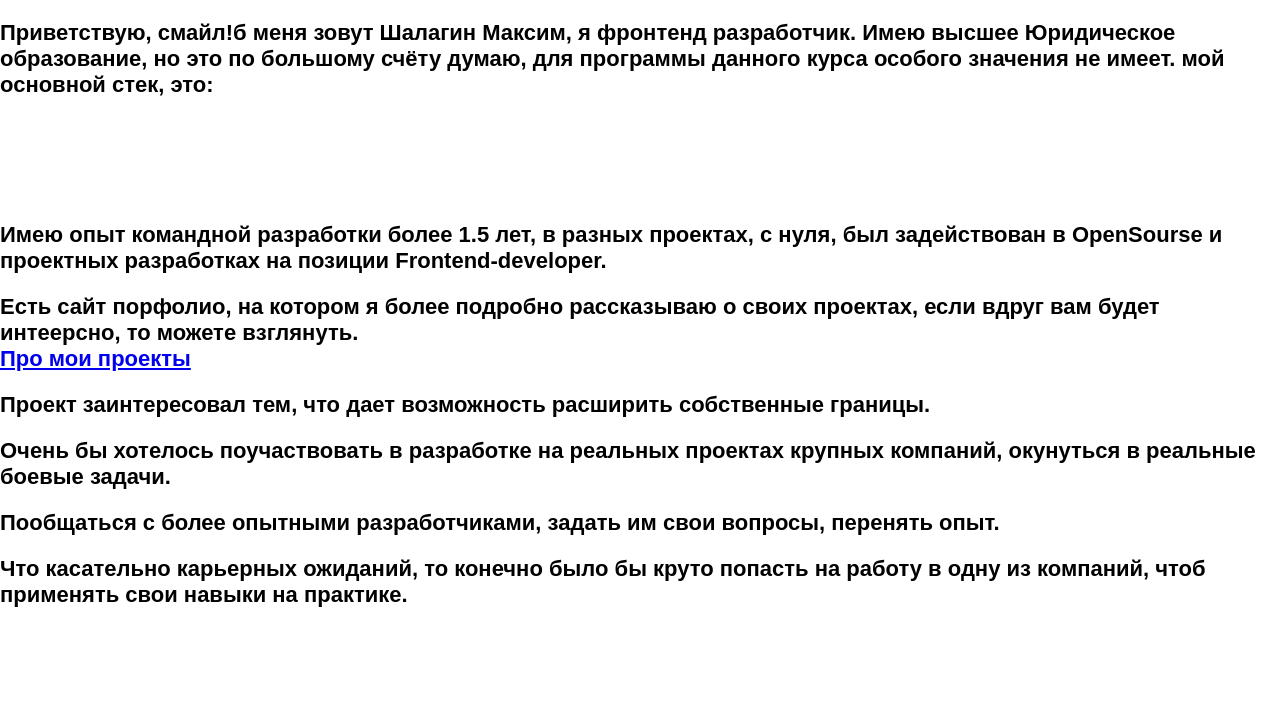
Repository: ni4egonepridumal/letter
Page: index.html
The author's editor kept a copy of each file at every save. The page is drawn from the files as they stood at one save, then again after the next save.
The browser window is 1280 px wide. The pictures show the whole page.

Above is the page before, as saved 2024-01-18 17:22:44.

### index.html
<!DOCTYPE html>
<html lang="en">
  <head>
    <meta charset="UTF-8" />
    <meta name="viewport" content="width=device-width, initial-scale=1.0" />
    <link rel="stylesheet" href="style.css" />
    <title>Document</title>
  </head>
  <body>
    <div class="container">
      <p>
        Приветствую, смайл!б меня зовут Шалагин Максим, я фронтенд разработчик.
        Имею высшее Юридическое образование, но это по большому счёту думаю, для
        программы данного курса особого значения не имеет. мой основной стек,
        это:
      </p>
      <ul>
        <li></li>
        <li></li>
        <li></li>
        <li></li>
      </ul>
      <p>
        Имею опыт командной разработки более 1.5 лет, в разных проектах, с нуля,
        был задействован в OpenSourse и проектных разработках на позиции
        Frontend-developer.
      </p>
      <p>
        Есть сайт порфолио, на котором я более подробно рассказываю о своих
        проектах, если вдруг вам будет интеерсно, то можете взглянуть.
      </p>
      <a href="https://portfolio-three-taupe-20.vercel.app/">Про мои проекты</a>
      <p>
        Проект заинтересовал тем, что дает возможность расширить собственные
        границы.
      </p>
      <p>
        Очень бы хотелось поучаствовать в разработке на реальных проектах
        крупных компаний, окунуться в реальные боевые задачи.
      </p>
      <p>
        Пообщаться с более опытными разработчиками, задать им свои вопросы,
        перенять опыт.
      </p>
      <p>
        Что касательно карьерных ожиданий, то конечно было бы круто попасть на
        работу в одну из компаний, чтоб применять свои навыки на практике.
      </p>
    </div>
  </body>
</html>

### style.css
* {
  margin: 0;
  padding: 0;
  box-sizing: border-box;
}

body {
  font-size: 22px;
  font-weight: 700;
  font-family: "Oswald", sans-serif;
}
p {
  margin-top: 20px;
}
.container {
  max-width: 1600px;
  margin: 0 auto;
}

After the next save:
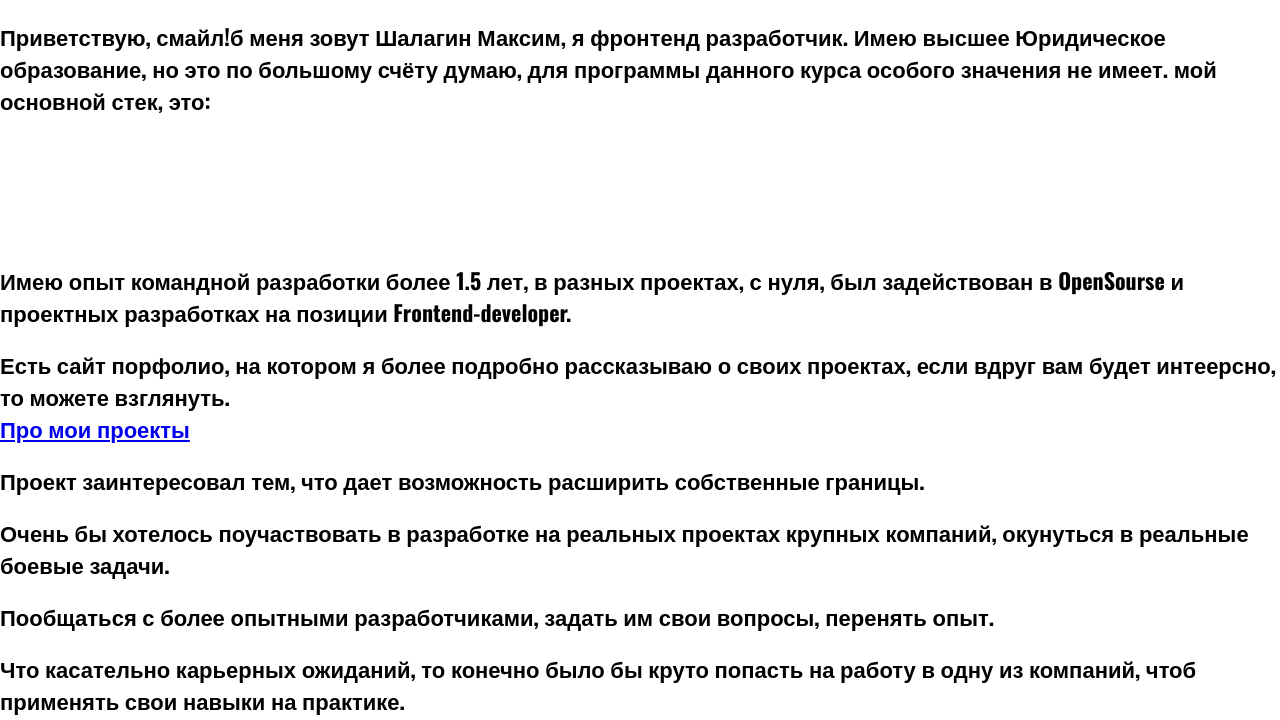
Saved 6 s later.
--- a/index.html
+++ b/index.html
@@ -4,6 +4,12 @@
     <meta charset="UTF-8" />
     <meta name="viewport" content="width=device-width, initial-scale=1.0" />
     <link rel="stylesheet" href="style.css" />
+    <link rel="preconnect" href="https://fonts.googleapis.com" />
+    <link rel="preconnect" href="https://fonts.gstatic.com" crossorigin />
+    <link
+      href="https://fonts.googleapis.com/css2?family=Oswald:wght@200..700&display=swap"
+      rel="stylesheet"
+    />
     <title>Document</title>
   </head>
   <body>
